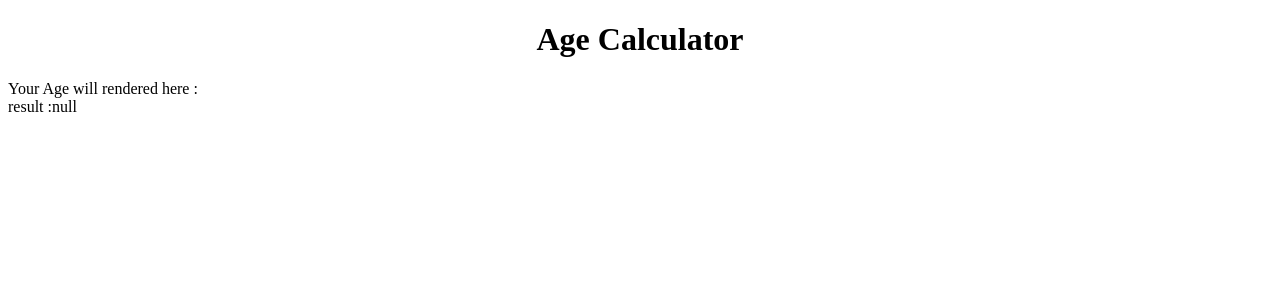
Repository: Badkul77/Nagarro_Web_App_Assignment
Page: http://localhost/our-web-app/add-result.jsp
The author's editor kept a copy of each file at every save. The page is drawn from the files as they stood at one save, then again after the next save.
The browser window is 1280 px wide. The pictures show the whole page.
The page is served by Tomcat 9.

Above is the page before, as saved 2021-03-08 11:28:36.

After the next save:
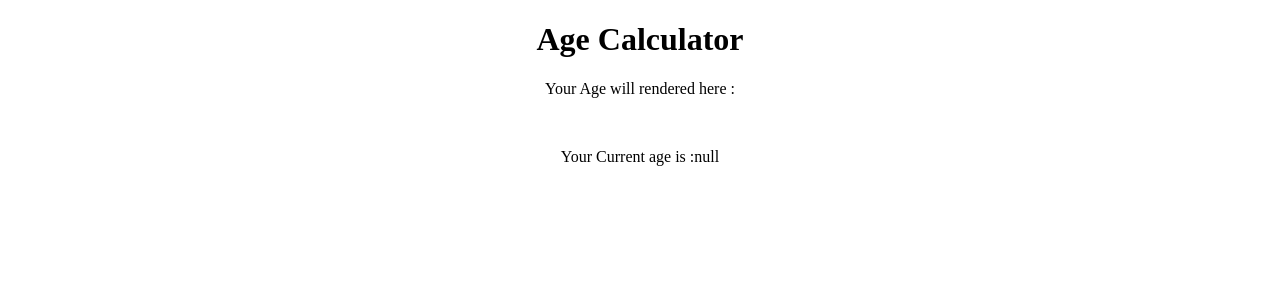
Saved 82 s later.
--- a/our-web-app/src/main/webapp/add-result.jsp
+++ b/our-web-app/src/main/webapp/add-result.jsp
@@ -8,8 +8,8 @@
 </head>
 <body>
  <h1 style="text-align:center">Age Calculator</h1>
-  Your Age will  rendered here :<br>
+  <p style="text-align:center">Your Age will  rendered here :</p><br>
 
-result :<%= request.getAttribute("result") %>
+<p style="text-align:center">Your Current age is :<%= request.getAttribute("result") %></p>
 </body>
 </html>
